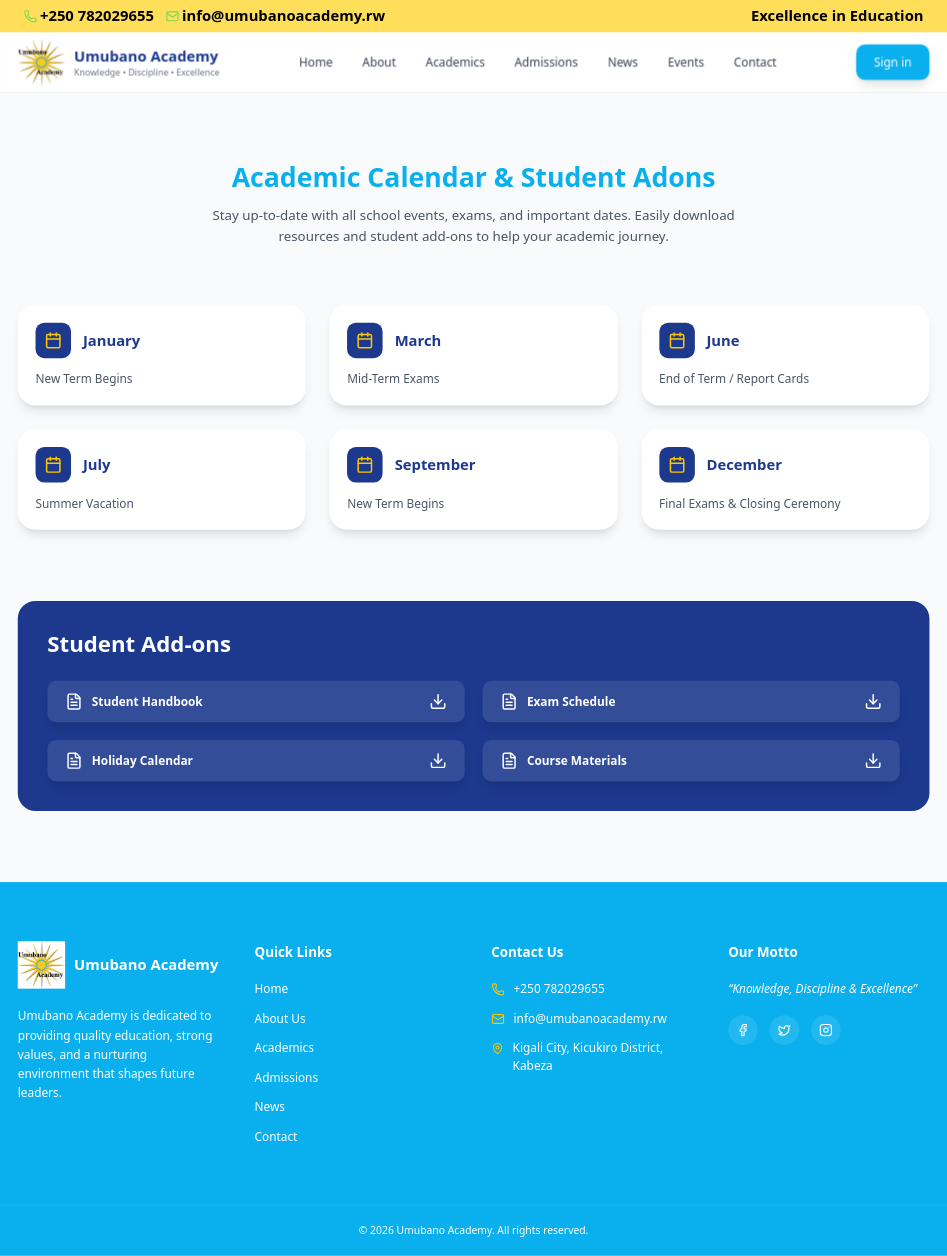
Repository: Umubano-Academy/umubano-academy-website
Page: /academic
An editor plug-in stored every save of this project. The page is shown before and after the next save, followed by the edit.
The browser window is 1280 px wide. The pictures show the whole page, at 74% of full size.
The project was rebuilt for these pictures with package versions that can differ from the ones it lists, and the page was loaded fresh each time. Also part of the build but not shown: vite.config.js, src/components/guest/Hero.jsx, src/components/guest/Event.jsx, src/components/guest/News.jsx, src/components/guest/Contact.jsx, src/components/guest/Home.jsx, src/components/guest/Admission.jsx, src/components/guest/About.jsx and 7 more.

Above is the page before, as saved 2026-01-13 19:42:35.

### index.html
<!doctype html>
<html lang="en">
  <head>
    <meta charset="UTF-8" />
    <!-- <link rel="icon" type="image/svg+xml" href="/vite.svg" /> -->
    <meta name="viewport" content="width=device-width, initial-scale=1.0" />
    <title>umubano-academy</title>
  </head>
  <body>
    <div id="root"></div>
    <script type="module" src="/src/main.jsx"></script>
  </body>
</html>

### src/App.jsx
import React from 'react'
import { BrowserRouter, Route, Routes } from 'react-router-dom'
import NavBar from './components/guest/NavBar'
import Hero from './components/guest/Hero'
import Event from './components/guest/Event'
import News from './components/guest/News'
import Layout from './components/guest/Layout'
import Home from './components/guest/Home'
import Admission from './components/guest/Admission'
import Academic from './components/guest/Academic'
import About from './components/guest/About'
import LayOut from './components/admin/LayOut'
import Dashboard from './components/admin/pages/Dashboard'
import Login from './components/guest/forms/Login'
import ResetPassword from './components/guest/forms/ResetPassword'


function App() {
  return (
    <BrowserRouter>

    <Routes>
      <Route path='/' element={<Layout />}>
      <Route index element={<Home />} />
      <Route path='/admissions' element={<Admission />} />
      <Route path='/academic' element={<Academic />} />
      <Route path='/aboutus' element={<About />} />
      <Route path='/login' element={<Login />} />
      <Route path="/password-reset" element={<ResetPassword />} />
      </Route>

      <Route path='/admin' element={<LayOut />}>
      <Route index element={<Dashboard />} />
      </Route>
    </Routes>
    </BrowserRouter>

  )
}

export default App

### src/components/guest/NavBar.jsx
import React, { useState } from "react";
import { Menu, X, Phone, Mail, GraduationCap } from "lucide-react";
import { motion, AnimatePresence } from "framer-motion";
import logo from "../../assets/UALOGO.png";
import { Link } from "react-router-dom";

function NavBar() {
  const [open, setOpen] = useState(false);

  const navLinks = [
    { name: "Home", type: "route", path: "/" },
    { name: "About", type: "route", path: "/aboutus" },
    { name: "Academics", type: "route", path: "/academic" },
    { name: "Admissions", type: "route", path: "/admissions" },
    { name: "News", type: "id", path: "news" },
    { name: "Events", type: "id", path: "events" },
    { name: "Contact", type: "id", path: "contact" },
  ];

  return (
    <>
      {/* Top Info Bar */}
      <div className="hidden md:flex justify-between items-center px-8 py-2 bg-[#FFDE59]  text-sm">
        <div className="flex items-center gap-4">
          <span className="flex items-center gap-1 text-xl text-black font-bold">
            <Phone size={18} className="text-[#7ED956] text-2xl" /> +250
            782029655
          </span>
          <span className="flex text-xl items-center gap-1  text-black font-bold">
            <Mail size={18} className="text-[#7ED956] text-2xl" />{" "}
            info@umubanoacademy.rw
          </span>
        </div>
        <span className=" text-xl  text-black font-bold">
          Excellence in Education
        </span>
      </div>

      {/* Main Navbar */}
      <header className="sticky top-0 z-50 bg-white/80 backdrop-blur-xl shadow-sm">
        <div className="max-w-7xl mx-auto px-6">
          <div className="flex items-center justify-between h-20">
            {/* Logo */}
            <Link to="/" className="flex items-center gap-3">
              <img
                src={logo}
                alt="Umubano Academy Logo"
                className="w-16 h-16 object-contain"
              />
              {/* <div className="w-12 h-12 bg-blue-900 text-white flex items-center justify-center rounded-xl">
                <GraduationCap size={28} />
              </div> */}
              <div>
                <h1 className="text-xl font-bold text-blue-900">
                  Umubano Academy
                </h1>
                <p className="text-xs text-gray-500">
                  Knowledge • Discipline • Excellence
                </p>
              </div>
            </Link>

            {/* Desktop Menu */}
            <nav className="hidden lg:flex items-center gap-10">
              {navLinks.map((link) =>
                link.type === "route" ? (
                  <Link
                    key={link.name}
                    to={link.path}
                    className="relative text-gray-700 font-medium hover:text-blue-900 transition group"
                  >
                    {link.name}
                    <span className="absolute left-0 -bottom-1 w-0 h-0.5 bg-blue-900 transition-all group-hover:w-full"></span>
                  </Link>
                ) : (
                  <a
                    key={link.name}
                    href={`#${link.path}`}
                    className="relative text-gray-700 font-medium hover:text-blue-900 transition group"
                  >
                    {link.name}
                    <span className="absolute left-0 -bottom-1 w-0 h-0.5 bg-blue-900 transition-all group-hover:w-full"></span>
                  </a>
                )
              )}
            </nav>

            {/* CTA */}
            <div className="hidden lg:flex">
              <a
                href="/login"
                className="bg-[#0AB0EE] text-white px-6 py-3 rounded-xl font-medium shadow-lg hover:shadow-xl transition"
              >
                Sign in
              </a>
            </div>

            {/* Mobile Menu Button */}
            <button
              onClick={() => setOpen(!open)}
              className="lg:hidden text-blue-900"
            >
              {open ? <X size={30} /> : <Menu size={30} />}
            </button>
          </div>
        </div>

        {/* Mobile Menu */}
        <AnimatePresence>
          {open && (
            <motion.div
              initial={{ opacity: 0, y: -20 }}
              animate={{ opacity: 1, y: 0 }}
              exit={{ opacity: 0, y: -20 }}
              transition={{ duration: 0.3 }}
              className="lg:hidden bg-white shadow-xl"
            >
              <div className="flex flex-col px-6 py-6 gap-6">
                {navLinks.map((link) =>
                  link.type === "route" ? (
                    <Link
                      key={link.name}
                      to={link.path}
                      className="text-lg font-medium text-gray-700 hover:text-blue-900"
                      onClick={() => setOpen(false)}
                    >
                      {link.name}
                    </Link>
                  ) : (
                    <a
                      key={link.name}
                      href={`#${link.path}`}
                      className="text-lg font-medium text-gray-700 hover:text-blue-900"
                      onClick={() => setOpen(false)}
                    >
                      {link.name}
                    </a>
                  )
                )}

                <Link
                  to="login"
                  className="mt-4 text-center bg-blue-900 text-white py-3 rounded-xl font-medium"
                >
                  Login
                </Link>
              </div>
            </motion.div>
          )}
        </AnimatePresence>
      </header>
    </>
  );
}

export default NavBar;

### src/components/guest/Layout.jsx
import React from 'react'
import NavBar from './NavBar'
import { Outlet } from 'react-router-dom'
import Footer from './Footer'


function Layout() {
  return (
    <div>
      <NavBar />

      <div>
        <Outlet />
      </div>
      <div>
        <Footer />
      </div>
    </div>
  )
}

export default Layout

### src/components/guest/Academic.jsx
import React from "react"
import { motion } from "framer-motion"
import { Calendar, FileText, Download } from "lucide-react"

function Academic() {
  const events = [
    { month: "January", event: "New Term Begins" },
    { month: "March", event: "Mid-Term Exams" },
    { month: "June", event: "End of Term / Report Cards" },
    { month: "July", event: "Summer Vacation" },
    { month: "September", event: "New Term Begins" },
    { month: "December", event: "Final Exams & Closing Ceremony" },
  ]

  const addons = [
    { title: "Student Handbook", file: "#" },
    { title: "Exam Schedule", file: "#" },
    { title: "Holiday Calendar", file: "#" },
    { title: "Course Materials", file: "#" },
  ]

  return (
    <section className="py-24 bg-gray-50">
      <div className="max-w-7xl mx-auto px-6">

        {/* Header */}
        <motion.div
          initial={{ opacity: 0, y: 30 }}
          whileInView={{ opacity: 1, y: 0 }}
          viewport={{ once: true }}
          transition={{ duration: 0.6 }}
          className="text-center max-w-3xl mx-auto mb-20"
        >
          <h2 className="text-4xl font-bold text-[#0AB0EE] mb-4">
            Academic Calendar & Student Adons
          </h2>
          <p className="text-gray-600 text-lg">
            Stay up-to-date with all school events, exams, and important dates.
            Easily download resources and student add-ons to help your academic journey.
          </p>
        </motion.div>

        {/* Calendar Timeline */}
        <motion.div
          initial="hidden"
          whileInView="visible"
          viewport={{ once: true }}
          variants={{
            visible: { transition: { staggerChildren: 0.15 } },
          }}
          className="grid grid-cols-1 md:grid-cols-2 lg:grid-cols-3 gap-8 mb-24"
        >
          {events.map((item, index) => (
            <motion.div
              key={index}
              variants={{
                hidden: { opacity: 0, y: 40 },
                visible: { opacity: 1, y: 0 },
              }}
              transition={{ duration: 0.6 }}
              className="bg-white rounded-3xl shadow-lg p-6 hover:shadow-2xl transition cursor-pointer"
            >
              <div className="flex items-center gap-4 mb-4">
                <div className="w-12 h-12 bg-blue-900 text-yellow-400 flex items-center justify-center rounded-xl">
                  <Calendar />
                </div>
                <h4 className="text-xl font-semibold text-blue-900">
                  {item.month}
                </h4>
              </div>
              <p className="text-gray-600">{item.event}</p>
            </motion.div>
          ))}
        </motion.div>

        {/* Student Add-ons */}
        <motion.div
          initial={{ opacity: 0, y: 30 }}
          whileInView={{ opacity: 1, y: 0 }}
          viewport={{ once: true }}
          transition={{ duration: 0.6 }}
          className="bg-blue-900 rounded-3xl p-10 text-white"
        >
          <h3 className="text-3xl font-bold mb-8">Student Add-ons</h3>
          <div className="grid grid-cols-1 md:grid-cols-2 gap-6">
            {addons.map((item, index) => (
              <a
                key={index}
                href={item.file}
                className="flex items-center justify-between bg-white/10 hover:bg-yellow-400 hover:text-blue-900 transition px-6 py-4 rounded-xl shadow-lg"
              >
                <div className="flex items-center gap-3">
                  <FileText />
                  <span className="font-semibold">{item.title}</span>
                </div>
                <Download />
              </a>
            ))}
          </div>
        </motion.div>

      </div>
    </section>
  )
}

export default Academic

### src/components/guest/Footer.jsx
import React from "react"
import {
  Phone,
  Mail,
  MapPin,
  Facebook,
  Twitter,
  Instagram,
  GraduationCap,
} from "lucide-react"
import logo from "../../assets/UALOGO.png"

function Footer() {
  return (
    <footer className="bg-[#0AB0EE] text-white">
      <div className="max-w-7xl mx-auto px-6 py-20">

        {/* Top Section */}
        <div className="grid grid-cols-1 md:grid-cols-2 lg:grid-cols-4 gap-12">

          {/* School Info */}
          <div>
            <div className="flex items-center gap-3 mb-6">
              <img src={logo} alt="Umubano Academy Logo" className="w-16 h-16 object-contain" />
              <h3 className="text-xl font-bold text-white">
                Umubano Academy
              </h3>
            </div>
            <p className="text-white leading-relaxed">
              Umubano Academy is dedicated to providing quality education,
              strong values, and a nurturing environment that shapes future
              leaders.
            </p>
          </div>

          {/* Quick Links */}
          <div>
            <h4 className="text-lg font-semibold text-white mb-6">
              Quick Links
            </h4>
            <ul className="space-y-4">
              {[
                "Home",
                "About Us",
                "Academics",
                "Admissions",
                "News",
                "Contact",
              ].map((link) => (
                <li key={link}>
                  <a
                    href={`/${link.toLowerCase().replace(" ", "")}`}
                    className="hover:text-yellow-400 transition"
                  >
                    {link}
                  </a>
                </li>
              ))}
            </ul>
          </div>

          {/* Contact Info */}
          <div>
            <h4 className="text-lg font-semibold text-white mb-6">
              Contact Us
            </h4>
            <ul className="space-y-4">
              <li className="flex items-start gap-3">
                <Phone size={18} className="text-yellow-400 mt-1" />
                <span>+250 782029655</span>
              </li>
              <li className="flex items-start gap-3">
                <Mail size={18} className="text-yellow-400 mt-1" />
                <span>info@umubanoacademy.rw</span>
              </li>
              <li className="flex items-start gap-3">
                <MapPin size={18} className="text-yellow-400 mt-1" />
                <span>
                  Kigali City, Kicukiro District, Kabeza
                </span>
              </li>
            </ul>
          </div>

          {/* Motto & Social */}
          <div>
            <h4 className="text-lg font-semibold text-white mb-6">
              Our Motto
            </h4>
            <p className="italic mb-6">
              “Knowledge, Discipline & Excellence”
            </p>

            <div className="flex gap-4">
              <a
                href="#"
                className="w-10 h-10 bg-white/10 flex items-center justify-center rounded-full hover:bg-yellow-400 hover:text-blue-900 transition"
              >
                <Facebook size={18} />
              </a>
              <a
                href="#"
                className="w-10 h-10 bg-white/10 flex items-center justify-center rounded-full hover:bg-yellow-400 hover:text-blue-900 transition"
              >
                <Twitter size={18} />
              </a>
              <a
                href="#"
                className="w-10 h-10 bg-white/10 flex items-center justify-center rounded-full hover:bg-yellow-400 hover:text-blue-900 transition"
              >
                <Instagram size={18} />
              </a>
            </div>
          </div>

        </div>
      </div>

      {/* Bottom Bar */}
      <div className="border-t border-white/10 py-6 text-center text-sm text-white">
        © {new Date().getFullYear()} Umubano Academy. All rights reserved.
      </div>
    </footer>
  )
}

export default Footer

Loaded but not shown: src/main.jsx (common file); src/index.css (common file)

After the next save:
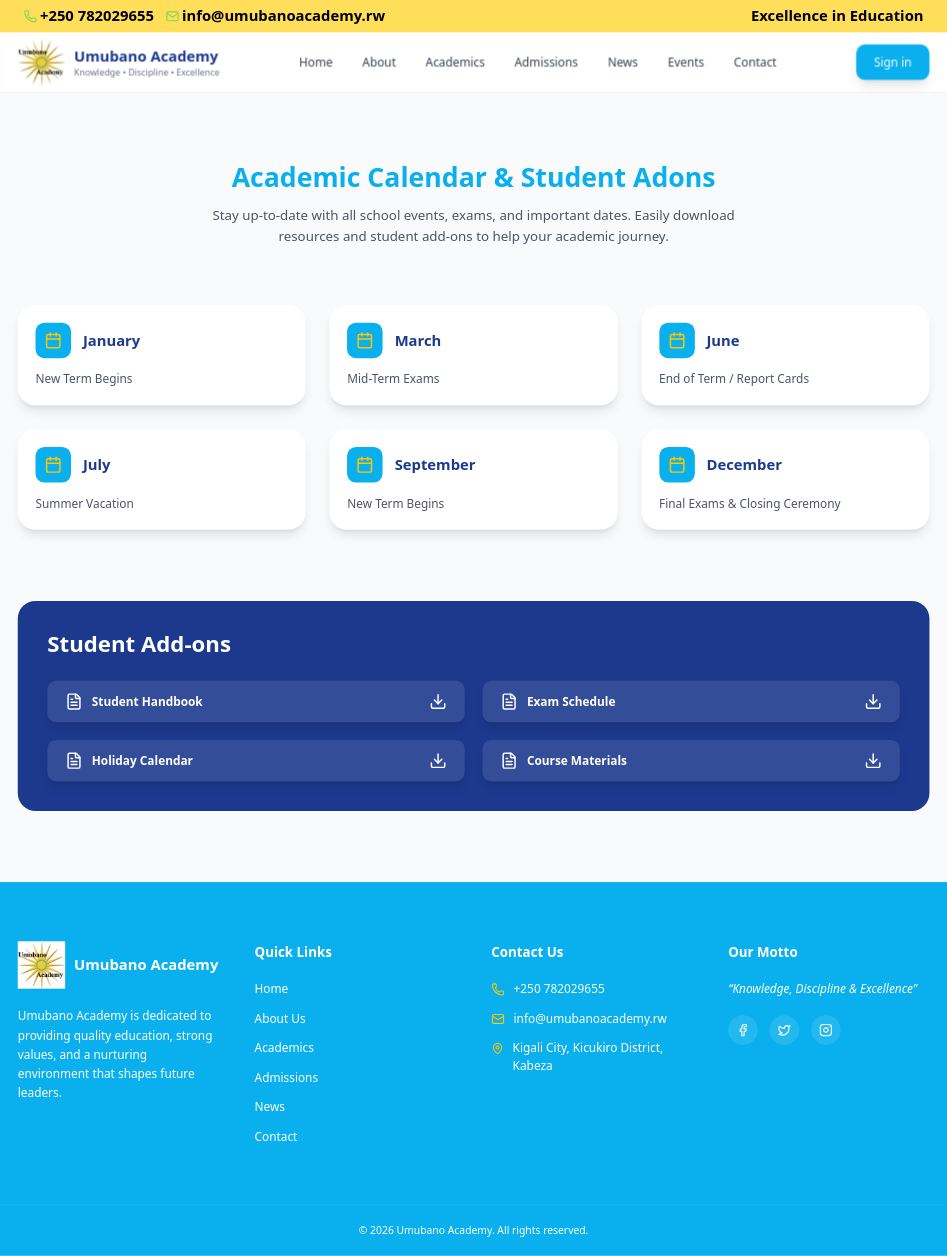
Saved 31 s later.
--- a/src/components/guest/Academic.jsx
+++ b/src/components/guest/Academic.jsx
@@ -61,7 +61,7 @@ function Academic() {
               className="bg-white rounded-3xl shadow-lg p-6 hover:shadow-2xl transition cursor-pointer"
             >
               <div className="flex items-center gap-4 mb-4">
-                <div className="w-12 h-12 bg-blue-900 text-yellow-400 flex items-center justify-center rounded-xl">
+                <div className="w-12 h-12 bg-[#0AB0EE] text-yellow-400 flex items-center justify-center rounded-xl">
                   <Calendar />
                 </div>
                 <h4 className="text-xl font-semibold text-blue-900">
